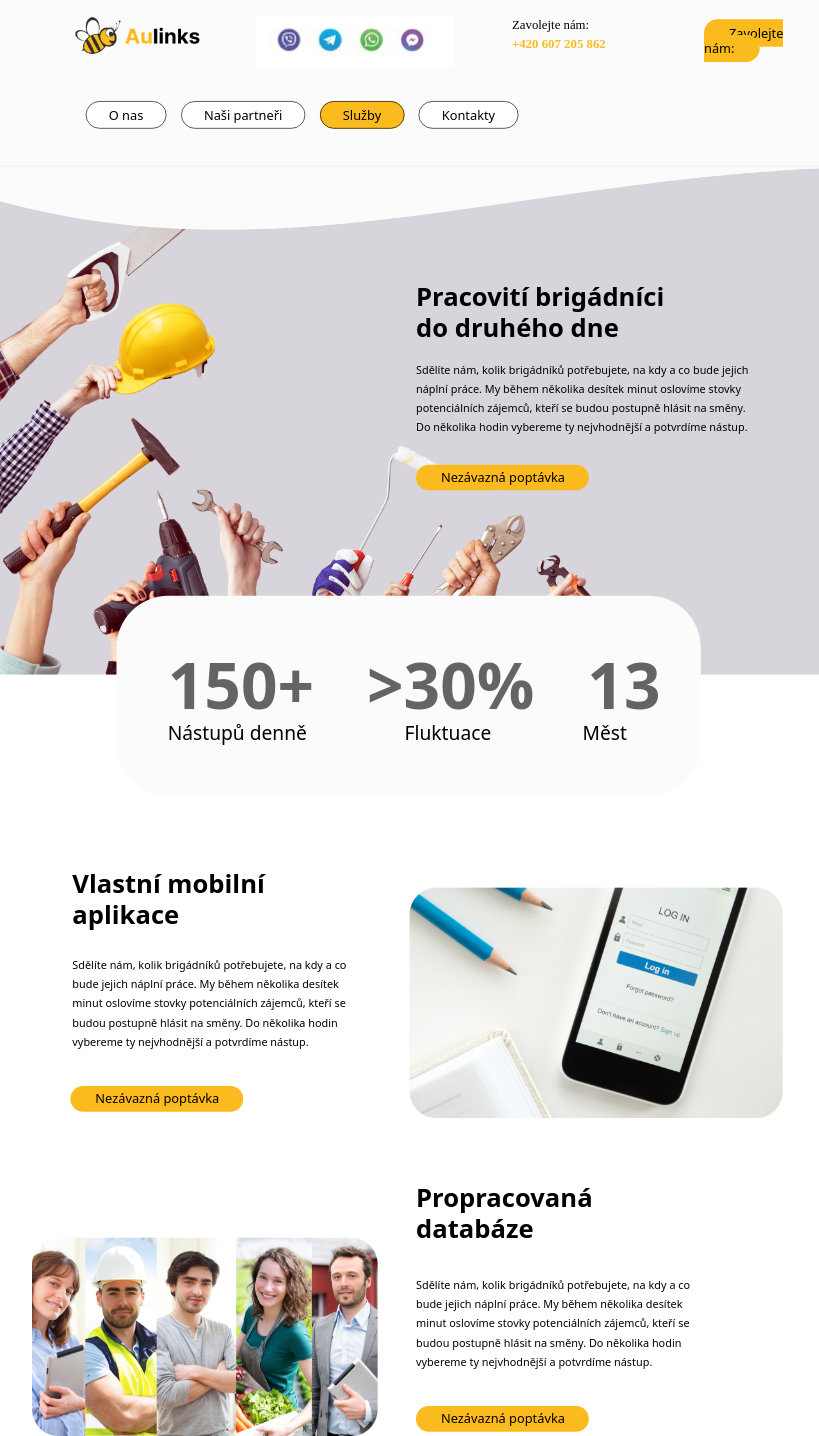
Repository: bilday08/aulinks
Page: index.html
The author's editor kept a copy of each file at every save. The page is drawn from the files as they stood at one save, then again after the next save.
The browser window is 1280 px wide. The pictures show the whole page, at 64% of full size.
Some web fonts or font styles are not loaded; a fallback is used.

Above is the page before, as saved 2022-12-07 15:49:57.

After the next save:
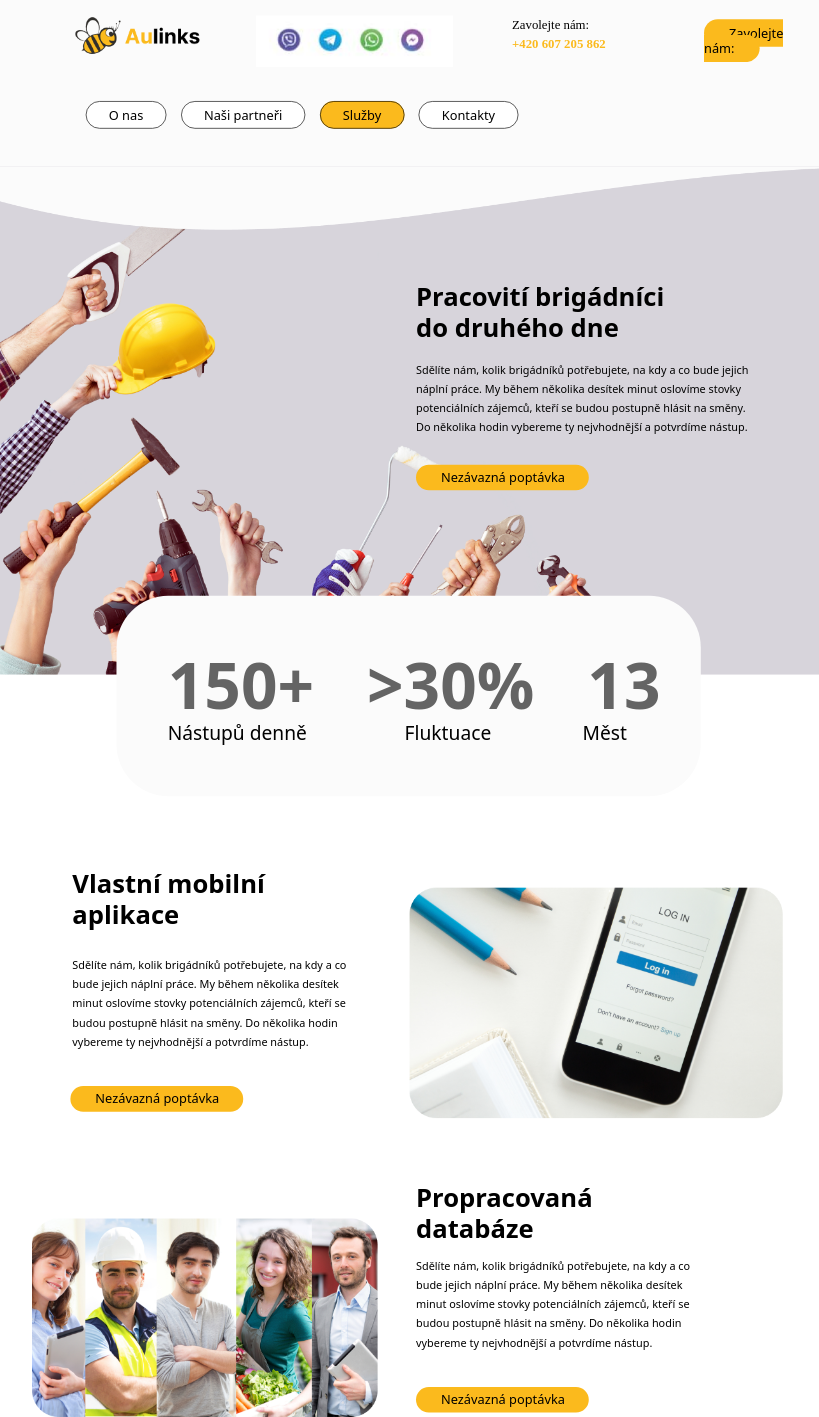
Saved 9 s later.
--- a/style.css
+++ b/style.css
@@ -217,7 +217,7 @@
 .global_text_left{
     max-width: 43.2rem;
     height: 18.9rem;
-    margin-top: 5rem;
+    margin-top: 2rem;
 }
 .global_button_left{
     margin-top: 1.5rem;
